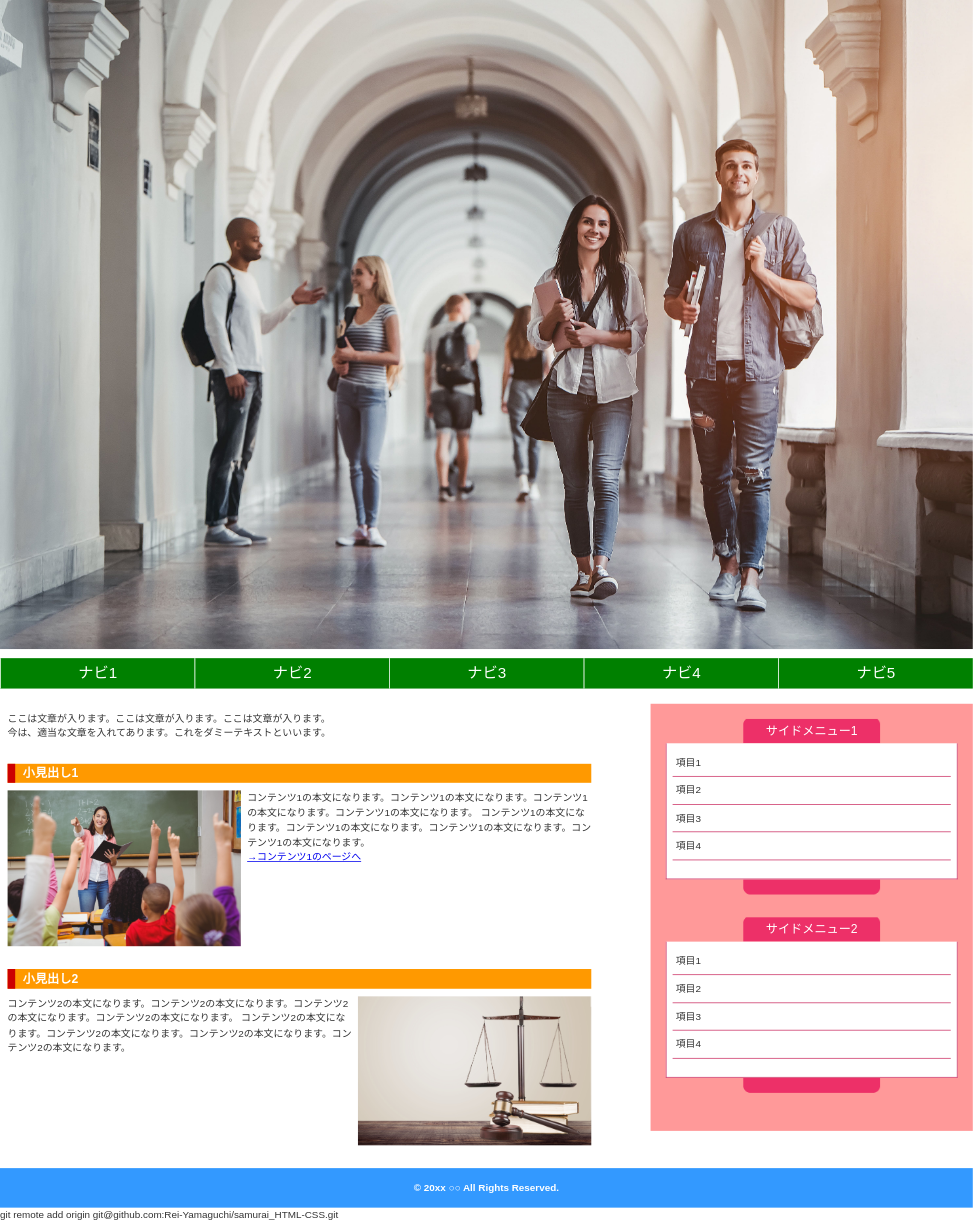
Repository: Rei-Yamaguchi/samurai_HTML-CSS
Page: home.html
The author's editor kept a record of every edit. The page is drawn from the files as they stood at one moment, then again after the next edit.
The browser window is 1280 px wide. The pictures show the whole page, at 76% of full size.

Above is the page before.

After the next edit:
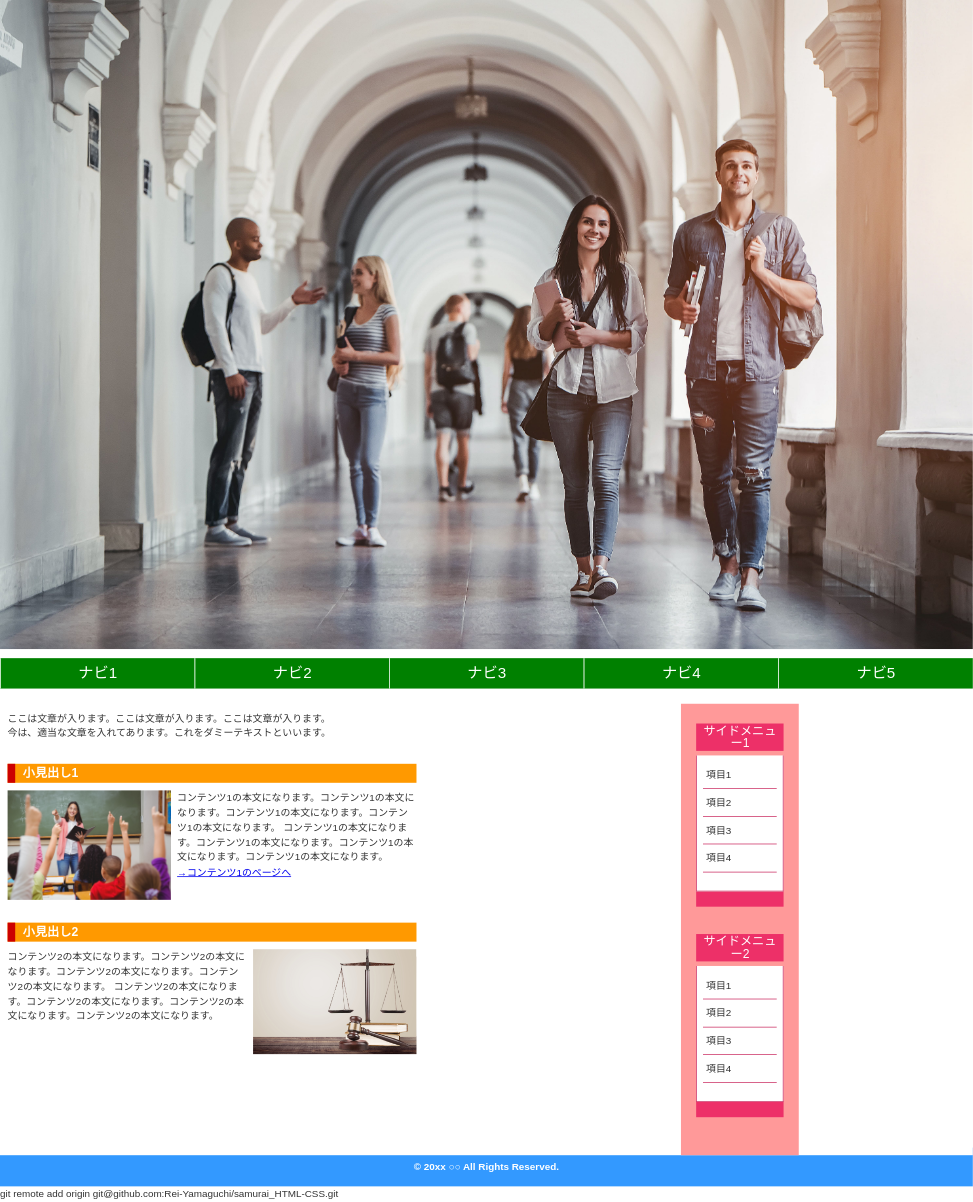
The edit:
--- a/stylesheet.css
+++ b/stylesheet.css
@@ -11,13 +11,13 @@
 
 /* -------------------- wrapper -------------------- */
 #wrapper {
-	width: 100%;
-	margin: auto;
-	padding: 0px;
-	border: 0px;
-	background-color: #FFF;
-	top: 10px;
-	position: relative;
+    width: 100%;
+    margin: auto;
+    padding: 0px;
+    border: 0px;
+    background-color: #FFF;
+    top: 10px;
+    position: relative;
 }
 
 /* -------------------- header -------------------- */
@@ -50,12 +50,12 @@
 	width: 100%;
 }
 #nav ul {
+	display: flex;
 	margin: 0;
 	padding: 0;
 	list-style-type: none;
 }
 #nav ul li {
-	float: left;
 	width: 20%;
 	text-align: center;
 }
@@ -71,10 +71,9 @@
     border-left: 1px solid white;
 }
 
- #nav ul li a:hover {
-	 filter: drop-shadow(10px 10px 10px black);
- }
-
+#nav ul li a:hover {
+	filter: drop-shadow(10px 10px 10px black);
+}
 
 /* -------------------- container -------------------- */
 #container {
@@ -82,6 +81,8 @@
 	margin: auto ;
 	padding-top: 20px;
 	clear: both;
+	display: grid;
+    grid-template-columns: 70vw 30vw;
 }
 /* -------------------- main -------------------- */
 #main {
@@ -125,7 +126,7 @@
 
 /* -------------------- clearfix -------------------- */
 .clearfix {
-	zoom: 1;
+    zoom: 1;
 }
 .clearfix:after{
 	content: "";
@@ -171,3 +172,10 @@
 	list-style: none;
 	border-bottom: solid 1px #C36;
 }
+
+#side .box .boxBody ul li:hover {
+	padding: 8px 0 8px 4px;
+	list-style: none;
+	border-bottom: solid 1px #C36;
+	box-shadow: 0px 4px 4px rgba(0, 0, 0, 0.3);
+}
